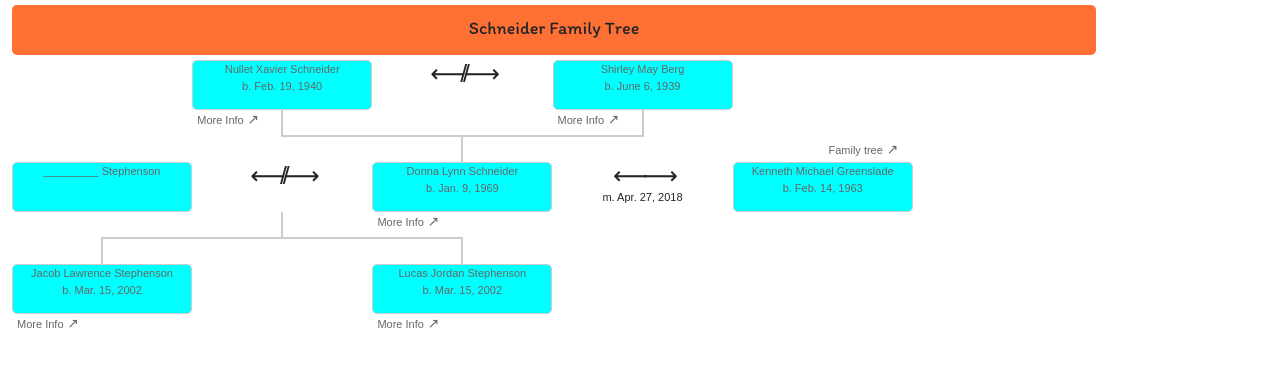
Repository: George2916/GreensladeFamilyTree
Page: familyTreeSchneider.html
The author's editor kept a record of every edit. The page is drawn from the files as they stood at one moment, then again after the next edit.
The browser window is 1280 px wide. The pictures show the whole page.

Above is the page before.

### familyTreeSchneider.html
<!doctype html>
<html lang="en">
<head>

    <meta charset="utf-8">
    <meta http-equiv="X-UA-Compatible" content="IE-edge">
    <meta name="viewport" content="width=device-width, initial-scale=1">
    <!--[if lt IE 9]
      <script src="https://oss.maxcdn.com/html5shiv/3.7.2/html5shiv.min.js"></script>
      <script src="https://oss.maxcdn.com/respond/1.4.2/respond.min.js"></script>
    <![endif]-->

    <link rel="stylesheet" type="text/css" href="css/bootstrap.css">
    <link href="css/myStyle.css" rel="stylesheet" type="text/css">
    <link rel="preconnect" href="https://fonts.gstatic.com">
	  <link href="https://fonts.googleapis.com/css2?family=Itim&display=swap" rel="stylesheet">

<title>Schneider Family Tree</title>
</head>
<body class="SchnTree">

<div class="container-fluid">

  <div class="row sidoroff1">
    <div class="col-12">Schneider Family Tree</div>
  </div><!--closes .row-->


	  <div class="col-12">
		  <div class="George2"></div>
      <div class="George1"><p>Nullet Xavier Schneider<br>b. Feb. 19, 1940</p><div class="moreInfoOne"><a data-bs-toggle="modal" href="#nulletModal">&nbsp;More Info<span class="moreInfoArrow">&nbsp;&#x2197;</span></a></div></div>
		  <div class="George2"><span class="divorceSign">&#10229;&sol;&nbsp;&sol;&#10230;</span></div>
		  <div class="George1"><p>Shirley May Berg<br>b. June 6, 1939</p><div class="moreInfoOne"><a data-bs-toggle="modal" href="#shirleyModal">&nbsp;More Info<span class="moreInfoArrow">&nbsp;&#x2197;</span></a></div></div>
		  <div class="George2"></div>
	  </div>

    <div class="col-12">
      <div class="George2"><svg height="50" width="180"></svg></div>
      <div class="George2"><svg height="50" width="180">
  				<path d="M 90 -2 l 0 28" style="stroke:#ccc;stroke-width:2" />
  				<path d="M 90 25 l 90 0" style="stroke:#ccc;stroke-width:2" /></svg></div>
    	<div class="George2"><svg height="50" width="180">
 				 <path d="M 90 25 l 0 26" style="stroke:#ccc;stroke-width:2" />
 				 <path d="M -5 25 l 185 0" style="stroke:#ccc;stroke-width:2" /></svg></div>
    	<div class="George2"><svg height="50" width="180">
 				<path d="M 90 -2 l 0 28" style="stroke:#ccc;stroke-width:2" />
  			<path d="M -5 25 l 95 0" style="stroke:#ccc;stroke-width:2" /></svg></div>
  		<div class="George2"><svg height="50" width="180"></svg></div>
		</div>

	  <div class="col-12 George5">
		  <div class="George1"><p>_________ Stephenson</div>
		  <div class="George2"><span class="divorceSign">&#10229;&sol;&nbsp;&sol;&#10230;</span></div>
		  <div class="George1"><p>Donna Lynn Schneider<br>b. Jan. 9, 1969</p><div class="moreInfoOne"><a data-bs-toggle="modal" href="#donnaModal">&nbsp;More Info<span class="moreInfoArrow">&nbsp;&#x2197;</span></a></div></div>
		  <div class="George2"><span class="marriageSign">&#10229;&#10230;</span><br>m. Apr. 27, 2018</div>
      <div class="George1"><p>Kenneth Michael Greenslade<br>b. Feb. 14, 1963</p><div class="upperRight">&nbsp;&nbsp;&nbsp;&nbsp;&nbsp;&nbsp;&nbsp;&nbsp;&nbsp;&nbsp;&nbsp;&nbsp;&nbsp;&nbsp;&nbsp;&nbsp;&nbsp;&nbsp;&nbsp;&nbsp;&nbsp;&nbsp;&nbsp;&nbsp;&nbsp;&nbsp;&nbsp;&nbsp;&nbsp;&nbsp;&nbsp;<a href="index.html#kennethMichaelGreenslade">Family&nbsp;tree<span class="upperRightArrow">&nbsp;&#x2197;</span></a></div></div>
	  </div>

  <div class="row">
    <div class="col-12">
  		<div class="George2"><svg height="50" width="180">
  				<path d="M 90 52 l 0 -28" style="stroke:#ccc;stroke-width:2" />
  				<path d="M 90 25 l 90 0" style="stroke:#ccc;stroke-width:2" /></svg></div>
    	<div class="George2"><svg height="50" width="180">
 				 <path d="M 90 -1 l 0 26" style="stroke:#ccc;stroke-width:2" />
 				 <path d="M -5 25 l 185 0" style="stroke:#ccc;stroke-width:2" /></svg></div>
    	<div class="George2"><svg height="50" width="180">
 				<path d="M 90 52 l 0 -28" style="stroke:#ccc;stroke-width:2" />
  			<path d="M -5 25 l 95 0" style="stroke:#ccc;stroke-width:2" /></svg></div>
  		<div class="George2"></div>
  		<div class="George2"></div>
  	</div>
  </div><!--closes .row-->

  <div class="row">
    <div class="col-12">
		  <div class="George1"><p>Jacob Lawrence Stephenson<br>b. Mar. 15, 2002</p><div class="moreInfoOne"><a data-bs-toggle="modal" href="#jacobAndLucasModal">&nbsp;More Info<span class="moreInfoArrow">&nbsp;&#x2197;</span></a></div></div>
		  <div class="George2"></div>
		  <div class="George1"><p>Lucas Jordan Stephenson<br>b. Mar. 15, 2002</p><div class="moreInfoOne"><a data-bs-toggle="modal" href="#jacobAndLucasModal">&nbsp;More Info<span class="moreInfoArrow">&nbsp;&#x2197;</span></a></div></div>
		  <div class="George2"></div>
		  	<div class="George2"></div>
	  </div>
  </div><!--closes .row-->

</div><!--closes .container-->

<!-- Modals  for More Info-->

<div class="modal fade" id="nulletModal" tabindex="-1" aria-labelledby="nulletLabel" aria-hidden="true">
  <div class="modal-dialog modal-Info">
    <div class="modal-content">
      <div class="modal-header">
        <h6 class="modal-title" id="nulletModalLabel">Nullet Xavier Schneider</h6>
        <button type="button" class="btn-close" data-bs-dismiss="modal" aria-label="Close"></button>
      </div><!--closes .modal-header-->
      <div class="modal-body">
      	<p>Born February 19, 1940 in San Francisco, California.</p>
      </div><!--closes modal-body-->
    </div><!--closes .modal-content-->
  </div><!--closes .modal-dialog-->
</div><!--closes .modal-->

<div class="modal fade" id="shirleyModal" tabindex="-1" aria-labelledby="shirleyLabel" aria-hidden="true">
  <div class="modal-dialog modal-Info">
    <div class="modal-content">
      <div class="modal-header">
        <h6 class="modal-title" id="shirleyModalLabel">Shirley May Berg</h6>
        <button type="button" class="btn-close" data-bs-dismiss="modal" aria-label="Close"></button>
      </div><!--closes .modal-header-->
      <div class="modal-body">
      	<p>Born June 6, 1939 in San Mateo, California.</p>
      </div><!--closes modal-body-->
    </div><!--closes .modal-content-->
  </div><!--closes .modal-dialog-->
</div><!--closes .modal-->

<div class="modal fade" id="donnaModal" tabindex="-1" aria-labelledby="donnaLabel" aria-hidden="true">
  	<div class="modal-dialog modal-Info">
		<div class="modal-content">
  			<div class="modal-header">
				<h6 class="modal-title" id="donnaLabel">Donna Lynn Schneider</h6>
				<button type="button" class="btn-close" data-bs-dismiss="modal" aria-label="Close"></button>
  			</div><!--closes .modal-header-->
  			<div class="modal-body">
				<button class="tablinkDonna tabHeading btn-sm" onclick="openTabDonna(event, 'infoDonna')">Information</button>
				<button class="tablinkDonna tabHeading btn-sm" onclick="openTabDonna(event, 'docsDonna')">Documents</button>
  				<div id="infoDonna" class="tabContentDonna">
  					<p></p>
          	<p>Born January 9, 1969 in Daly City, California.</p>
					  <p>Married Kenneth Michael Greenslade on April 27, 2018 in Maui, Hawaii.</p>
					  <p>Occupation was nurse.</p>
				</div>
				<div id="docsDonna" class="tabContentDonna">
					<p></p>
					<p><a href="photoDocsDonnaSchneider.html" class="docLink">Certificate of Marriage for Kenneth Michael Greenslade and Donna Lynn Schneider<span class="moreInfoArrow">&nbsp;&#x2197;</span></a></p>
				</div>
  			</div><!--closes modal-body-->
		</div><!--closes .modal-content-->
  	</div><!--closes .modal-dialog-->
</div><!--closes .modal-->

<div class="modal fade" id="jacobAndLucasModal" tabindex="-1" aria-labelledby="jacobAndLucasLabel" aria-hidden="true">
  <div class="modal-dialog modal-Info">
    <div class="modal-content">
      <div class="modal-header">
        <h6 class="modal-title" id="jacobAndLucasModalLabel">Jacob Lawrence Stephenson and Lucas Jordan Stephenson</h6>
        <button type="button" class="btn-close" data-bs-dismiss="modal" aria-label="Close"></button>
      </div><!--closes .modal-header-->
      <div class="modal-body">
      	<p>Born March 15, 2002 in Berkeley, California.</p>
      </div><!--closes modal-body-->
    </div><!--closes .modal-content-->
  </div><!--closes .modal-dialog-->
</div><!--closes .modal-->

<script>

document.getElementsByClassName("tablinkDonna")[0].click();

function openTabDonna(evtDonna, ContentDonna) {
  var i, x, tablinks;
  x = document.getElementsByClassName("tabContentDonna");
  for (i = 0; i < x.length; i++) {
    x[i].style.display = "none";
  }
  tablinks = document.getElementsByClassName("tablinkDonna");
  for (i = 0; i < x.length; i++) {
    tablinks[i].classList.remove("highlightedTab");
  }
  document.getElementById(ContentDonna).style.display = "block";
  evtDonna.currentTarget.classList.add("highlightedTab");
}

</script>

<script src="js/bootstrap.js"></script>

</body>
</html>

Loaded but not shown: css/bootstrap.css (library); js/bootstrap.js (library); css/myStyle.css (1002 lines, source omitted)

After the next edit:
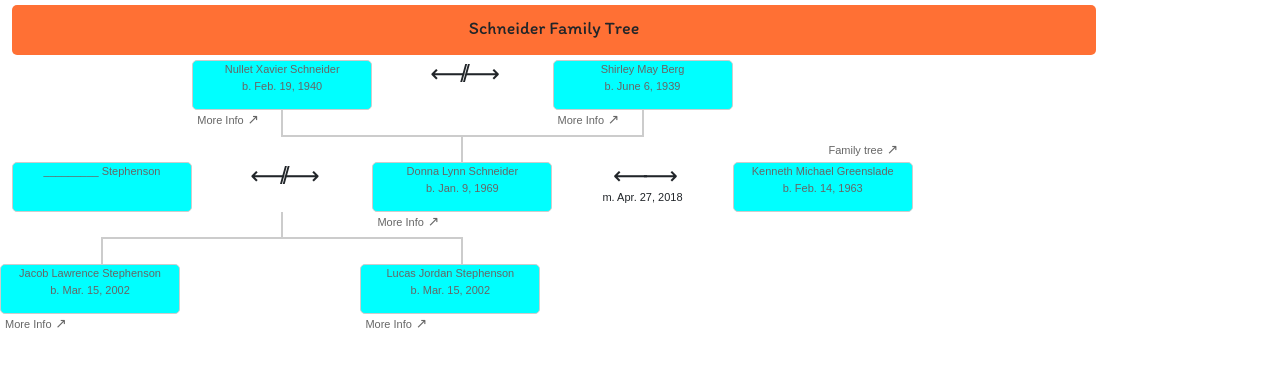
The edit:
--- a/familyTreeSchneider.html
+++ b/familyTreeSchneider.html
@@ -56,8 +56,7 @@
       <div class="George1"><p>Kenneth Michael Greenslade<br>b. Feb. 14, 1963</p><div class="upperRight">&nbsp;&nbsp;&nbsp;&nbsp;&nbsp;&nbsp;&nbsp;&nbsp;&nbsp;&nbsp;&nbsp;&nbsp;&nbsp;&nbsp;&nbsp;&nbsp;&nbsp;&nbsp;&nbsp;&nbsp;&nbsp;&nbsp;&nbsp;&nbsp;&nbsp;&nbsp;&nbsp;&nbsp;&nbsp;&nbsp;&nbsp;<a href="index.html#kennethMichaelGreenslade">Family&nbsp;tree<span class="upperRightArrow">&nbsp;&#x2197;</span></a></div></div>
 	  </div>
 
-  <div class="row">
-    <div class="col-12">
+  <div class="col-12">
   		<div class="George2"><svg height="50" width="180">
   				<path d="M 90 52 l 0 -28" style="stroke:#ccc;stroke-width:2" />
   				<path d="M 90 25 l 90 0" style="stroke:#ccc;stroke-width:2" /></svg></div>

After the edit that followed:
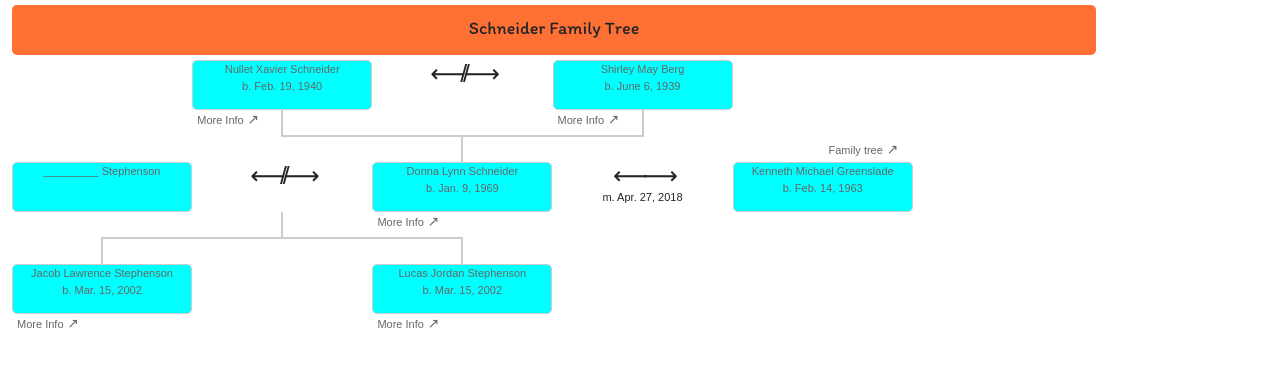
The edit:
--- a/familyTreeSchneider.html
+++ b/familyTreeSchneider.html
@@ -69,10 +69,8 @@
   		<div class="George2"></div>
   		<div class="George2"></div>
   	</div>
-  </div><!--closes .row-->
 
-  <div class="row">
-    <div class="col-12">
+  <div class="col-12">
 		  <div class="George1"><p>Jacob Lawrence Stephenson<br>b. Mar. 15, 2002</p><div class="moreInfoOne"><a data-bs-toggle="modal" href="#jacobAndLucasModal">&nbsp;More Info<span class="moreInfoArrow">&nbsp;&#x2197;</span></a></div></div>
 		  <div class="George2"></div>
 		  <div class="George1"><p>Lucas Jordan Stephenson<br>b. Mar. 15, 2002</p><div class="moreInfoOne"><a data-bs-toggle="modal" href="#jacobAndLucasModal">&nbsp;More Info<span class="moreInfoArrow">&nbsp;&#x2197;</span></a></div></div>
